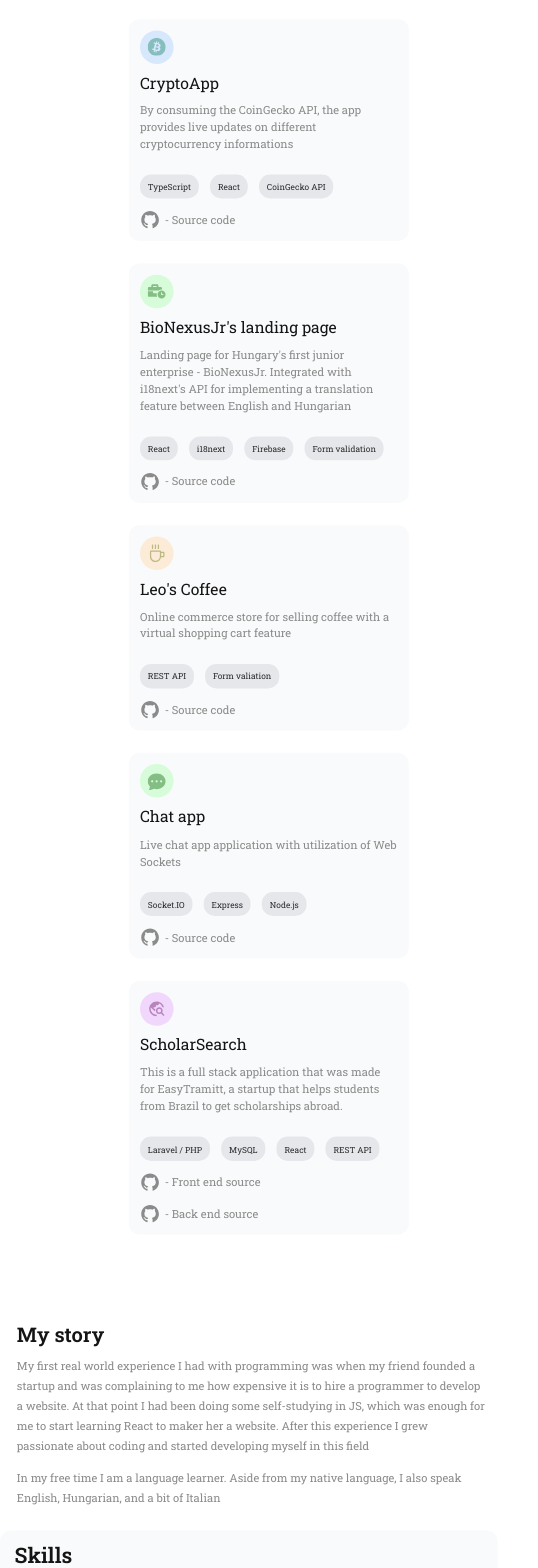
Repository: Leoka2000/portfolio-final
Page: /
The author's editor kept a copy of each file at every save. The page is drawn from the files as they stood at one save, then again after the next save.
The browser window is 768 px wide. The pictures show the part of the page from y = 588 to 2828 px (the page is 3838 px tall before and 3826 px after), at 70% of full size.
The page's requests for data from a server got no answer. Some web fonts or font styles are not loaded; a fallback is used. The project was rebuilt for these pictures with package versions that can differ from the ones it lists, and the page was loaded fresh each time. No one was signed in, and anything a server would have sent is missing. Also part of the build but not shown: src/App.css. Imported but missing from the stored project, and not drawn on this page: src/assets/LeoCV.pdf, src/assets/ScholarSearch.mp4.

Above is the page before, as saved 2023-05-11 19:54:32.

After the next save:
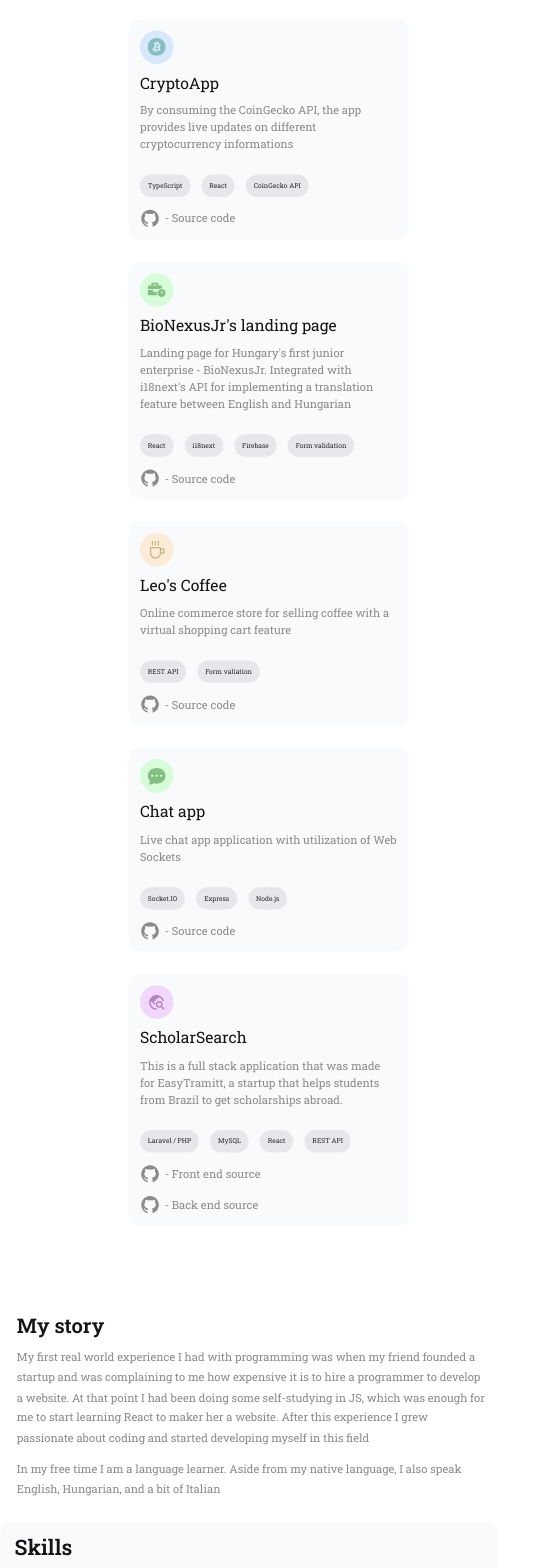
Saved 2 min 21 s later.
--- a/src/pages/main/work/work.css
+++ b/src/pages/main/work/work.css
@@ -168,6 +168,17 @@
         border-radius: 4px;
         cursor: pointer;
       }
-
+      .key-wrapper > span {
+        margin-top: 1rem;
+        text-align: center;
+        padding: 0.7rem;
+        border-radius: 16px;
+        width: auto;
+        display: block;
+        font-weight: 100;
+        font-size: 0.6rem;
+        background-color: var(--background-dark);
+        color :rgb(43, 43, 43)
+    }
 
 }

After the save that followed:
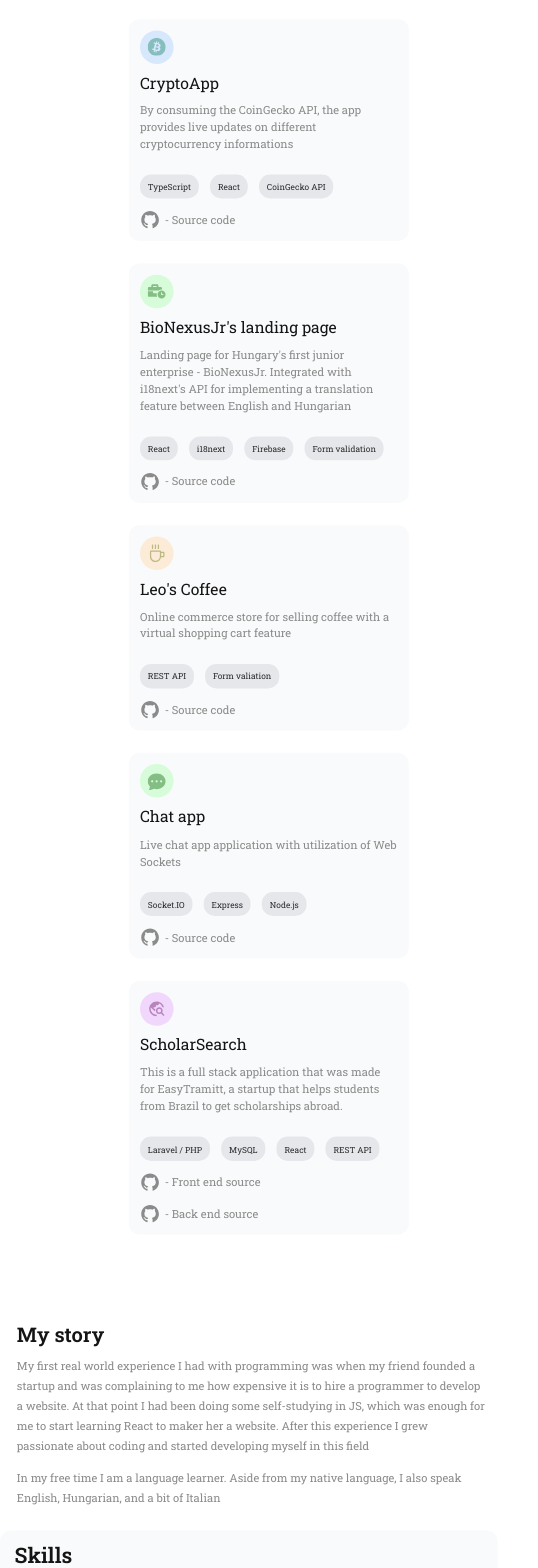
Saved 11 s later.
--- a/src/pages/main/work/work.css
+++ b/src/pages/main/work/work.css
@@ -168,17 +168,10 @@
         border-radius: 4px;
         cursor: pointer;
       }
-      .key-wrapper > span {
-        margin-top: 1rem;
-        text-align: center;
-        padding: 0.7rem;
-        border-radius: 16px;
-        width: auto;
-        display: block;
-        font-weight: 100;
-        font-size: 0.6rem;
-        background-color: var(--background-dark);
-        color :rgb(43, 43, 43)
-    }
+
 
 }
+
+@media screen and (max-width: 1000px) {
+
+}
